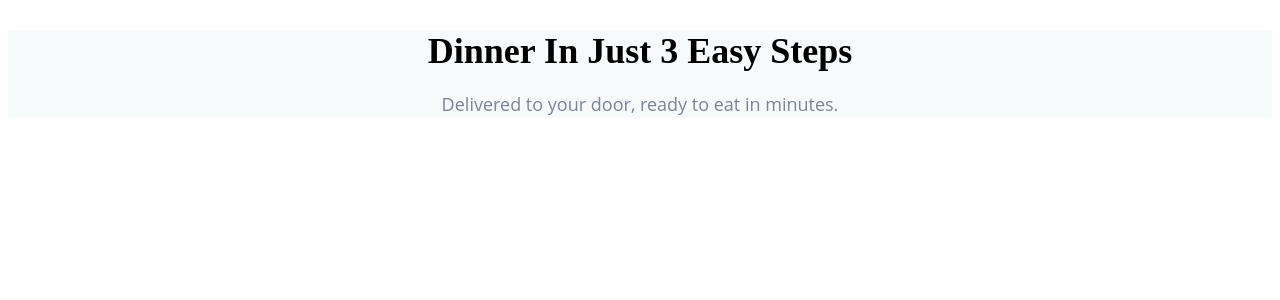
Repository: ST-United-Internship/leadpage
Page: card-UI.html
These files come from the project's save history. The page is drawn as it stood at one moment and after a run of saves; the edit follows.
The browser window is 1280 px wide. The pictures show the whole page.

Above is the page before, as saved 2023-03-15 14:54:38.

After the next 4 saves:
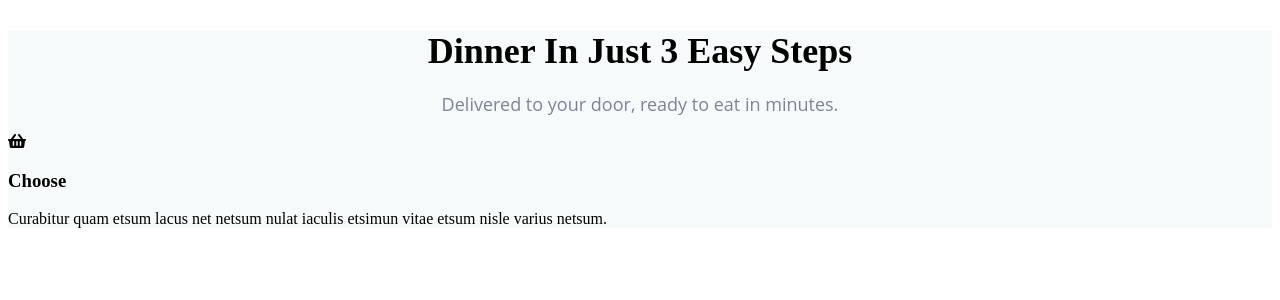
The 4 saves are shown as one change because they came seconds apart.
The last was saved 53 s later.
--- a/card-UI.html
+++ b/card-UI.html
@@ -25,7 +25,9 @@
                 <div class="about">
                     <div class="columm">
                         <div class="title-card">
-
+                            <i class="fas fa-shopping-basket"></i>
+                            <h3>Choose</h3>
+                            <p>Curabitur quam etsum lacus net netsum nulat iaculis etsimun vitae etsum nisle varius netsum.</p>
                         </div>
                     </div>
                 </div>
